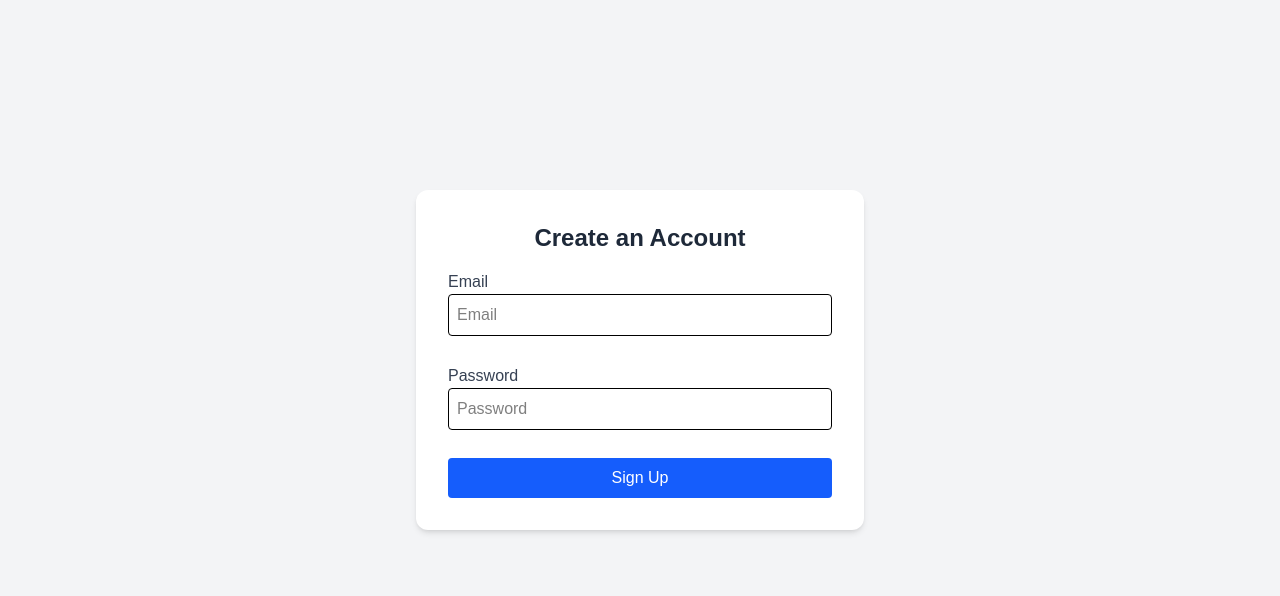
Repository: shreeyanshujha/ndis-invoice-generator
Page: /signup
An editor plug-in stored every save of this project. The page is shown before and after the next save, followed by the edit.
The browser window is 1280 px wide. The pictures show the whole page.
The project was rebuilt for these pictures with package versions that can differ from the ones it lists, and the page was loaded fresh each time. The framework's server and built-in components were replaced by stand-ins that run in the browser. Also part of the build but not shown: next.config.mjs.

Above is the page before, as saved 2025-04-03 11:17:31.

After the next save:
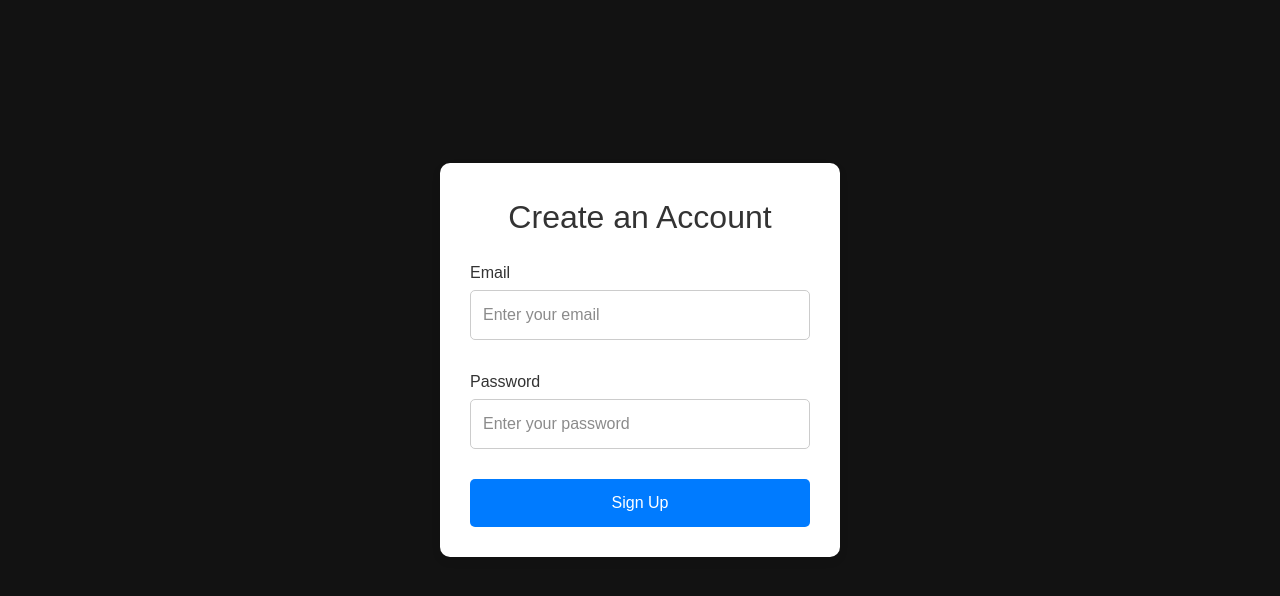
Saved 40 s later.
--- a/pages/signup.js
+++ b/pages/signup.js
@@ -1,69 +1,115 @@
 import { useState } from 'react';
+import { createUserWithEmailAndPassword } from 'firebase/auth';
+import { auth } from '../lib/firebase'; // Firebase initialization
 import { useRouter } from 'next/router';
-import { useAuth } from '../lib/auth';
 
-export default function Signup() {
-  const router = useRouter();
-  const { signUp } = useAuth(); // Get signUp function from useAuth
+export default function SignUp() {
   const [email, setEmail] = useState('');
   const [password, setPassword] = useState('');
-  const [loading, setLoading] = useState(false);
   const [error, setError] = useState('');
+  const router = useRouter();
 
-  const handleSignup = async (e) => {
+  const handleSignUp = async (e) => {
     e.preventDefault();
-    setLoading(true);
-    setError('');
     try {
-      await signUp(email, password); // Call signUp function from useAuth
-      router.push('/invoice'); // Redirect to invoice page after successful signup
+      await createUserWithEmailAndPassword(auth, email, password);
+      router.push('/login'); // Redirect to login page after successful signup
     } catch (err) {
-      setError(err.message); // Set the error message in case of failure
+      setError(err.message); // Display error message
     }
-    setLoading(false);
   };
 
   return (
-    <div className="min-h-screen flex items-center justify-center bg-gray-100 p-4">
-      <div className="bg-white p-8 rounded-xl shadow-md w-full max-w-md">
-        <h2 className="text-2xl font-bold mb-4 text-center text-gray-800">Create an Account</h2>
-
-        <form onSubmit={handleSignup}>
-          <div className="mb-4">
-            <label className="block text-gray-700">Email</label>
+    <div style={styles.container}>
+      <div style={styles.formContainer}>
+        <h1 style={styles.title}>Create an Account</h1>
+        <form onSubmit={handleSignUp}>
+          <div style={styles.inputGroup}>
+            <label style={styles.label}>Email</label>
             <input
               type="email"
-              placeholder="Email"
-              className="w-full p-2 mb-3 border rounded text-black"
+              placeholder="Enter your email"
               value={email}
-              onChange={(e) => setEmail(e.target.value)} // Update email state
+              onChange={(e) => setEmail(e.target.value)}
+              style={styles.input}
               required
             />
           </div>
-
-          <div className="mb-4">
-            <label className="block text-gray-700">Password</label>
+          <div style={styles.inputGroup}>
+            <label style={styles.label}>Password</label>
             <input
               type="password"
-              placeholder="Password"
-              className="w-full p-2 mb-3 border rounded text-black"
+              placeholder="Enter your password"
               value={password}
-              onChange={(e) => setPassword(e.target.value)} // Update password state
+              onChange={(e) => setPassword(e.target.value)}
+              style={styles.input}
               required
             />
           </div>
-
-          <button
-            type="submit"
-            disabled={loading}
-            className="w-full bg-blue-600 text-white py-2 rounded hover:bg-blue-700 transition"
-          >
-            {loading ? 'Signing up...' : 'Sign Up'}
+          <button type="submit" style={styles.button}>
+            Sign Up
           </button>
         </form>
-
-        {error && <p className="text-red-500 mt-4 text-sm text-center">{error}</p>}
+        {error && <p style={styles.error}>{error}</p>}
       </div>
     </div>
   );
 }
+
+const styles = {
+  container: {
+    display: 'flex',
+    justifyContent: 'center',
+    alignItems: 'center',
+    height: '100vh',
+    backgroundColor: '#121212',
+  },
+  formContainer: {
+    backgroundColor: '#fff',
+    padding: '30px',
+    borderRadius: '10px',
+    boxShadow: '0 4px 8px rgba(0, 0, 0, 0.1)',
+    width: '100%',
+    maxWidth: '400px',
+    textAlign: 'center',
+  },
+  title: {
+    fontSize: '2rem',
+    color: '#333',
+    marginBottom: '20px',
+  },
+  inputGroup: {
+    marginBottom: '20px',
+    textAlign: 'left',
+    width: '100%',
+  },
+  label: {
+    fontSize: '1rem',
+    color: '#333',
+    marginBottom: '5px',
+    display: 'block',
+  },
+  input: {
+    width: '100%',
+    padding: '12px',
+    marginBottom: '10px',
+    border: '1px solid #ccc',
+    borderRadius: '5px',
+    fontSize: '1rem',
+  },
+  button: {
+    width: '100%',
+    padding: '12px',
+    backgroundColor: '#007bff',
+    color: '#fff',
+    border: 'none',
+    borderRadius: '5px',
+    fontSize: '1rem',
+    cursor: 'pointer',
+  },
+  error: {
+    color: 'red',
+    fontSize: '0.9rem',
+    marginTop: '10px',
+  },
+};
